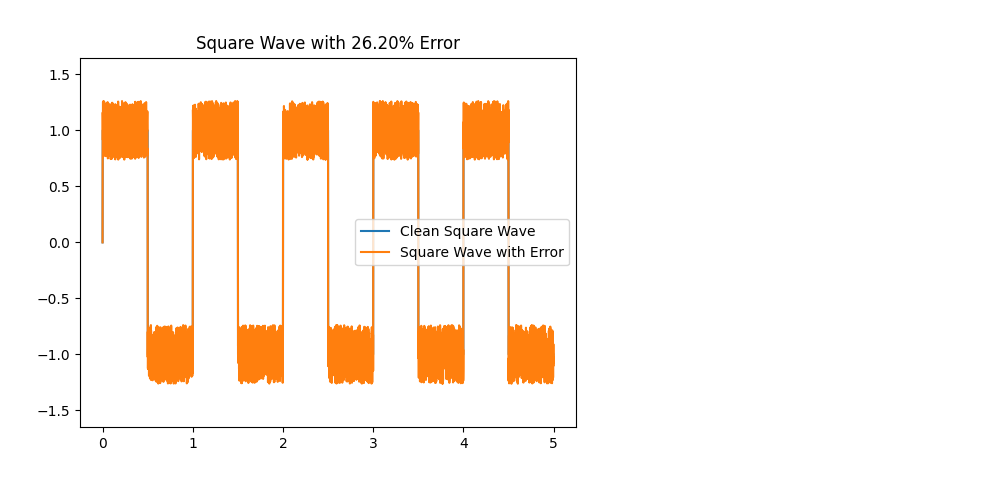
Repository: khulqu15/drone_smc_copppelia
Script's output: python py/realtime.py
These files come from the project's save history. The script's output is drawn as it stood at one moment and after the next save; the edit follows.
Animations are shown at an early frame. Random numbers start from a fixed seed.

Above is the script's output before, as saved 2024-06-24 01:03:09.

After the next save:
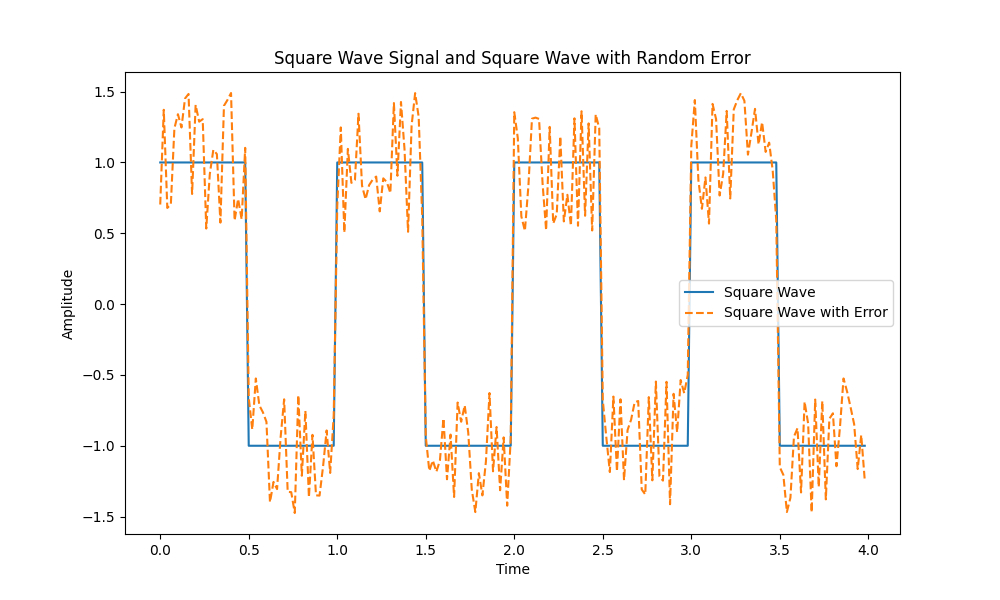
Saved 57 s later.
--- a/py/realtime.py
+++ b/py/realtime.py
@@ -1,40 +1,28 @@
 import numpy as np
 import matplotlib.pyplot as plt
-import matplotlib.animation as animation
+from scipy import signal
 
-# Parameter dasar untuk sinyal square wave
-frekuensi = 1  # Frekuensi sinyal dalam Hz
-amplitudo = 1  # Amplitudo sinyal
-durasi = 5     # Durasi sinyal dalam detik
-sampling_rate = 1000  # Jumlah sampel per detik
+# Parameter
+samp_per_cycle = 50   # Sampel per siklus
+num_cycles = 4        # Jumlah siklus
+error_min = 0.05      # Error minimal (5%)
+error_max = 0.50      # Error maksimal (50%)
 
-# Membuat array waktu berdasarkan durasi dan sampling rate
-t = np.linspace(0, durasi, int(sampling_rate * durasi), endpoint=False)
+# Membuat sinyal square wave dasar
+t = np.linspace(0, num_cycles, num_cycles * samp_per_cycle, endpoint=False)
+square_wave = signal.square(2 * np.pi * t)
 
-# Fungsi untuk mengenerate square wave
-def generate_square_wave(t, frekuensi, amplitudo):
-    return amplitudo * np.sign(np.sin(2 * np.pi * frekuensi * t))
+# Membuat sinyal error
+np.random.seed(0)  # Seed untuk konsistensi
+errors = np.random.uniform(low=error_min, high=error_max, size=square_wave.shape)
+error_signal = square_wave * (1 + errors * np.random.choice([-1, 1], size=square_wave.shape))
 
-# Fungsi untuk mengenerate square wave dengan error
-def generate_square_wave_with_error(t, frekuensi, amplitudo, error):
-    clean_signal = generate_square_wave(t, frekuensi, amplitudo)
-    noise = np.random.uniform(-error, error, size=clean_signal.shape)
-    return clean_signal + noise * clean_signal
-
-# Inisialisasi figure dan axis untuk plotting
-fig, ax = plt.subplots()
-line1, = ax.plot(t, generate_square_wave(t, frekuensi, amplitudo), label='Clean Square Wave')
-line2, = ax.plot(t, generate_square_wave_with_error(t, frekuensi, amplitudo, 0.5), label='Square Wave with Error')
-
-# Fungsi update untuk animation
-def update(frame):
-    error_percentage = np.random.uniform(0.05, 0.5)  # Random error percentage between 5% and 50%
-    line2.set_ydata(generate_square_wave_with_error(t, frekuensi, amplitudo, error_percentage))
-    ax.set_title(f"Square Wave with {error_percentage*100:.2f}% Error")
-    return line2,
-
-# Animasi plot
-ani = animation.FuncAnimation(fig, update, frames=200, interval=50, blit=True)
-
+# Plotting sinyal asli dan sinyal dengan error
+plt.figure(figsize=(10, 6))
+plt.plot(t, square_wave, label='Square Wave')
+plt.plot(t, error_signal, label='Square Wave with Error', linestyle='--')
+plt.title('Square Wave Signal and Square Wave with Random Error')
+plt.xlabel('Time')
+plt.ylabel('Amplitude')
 plt.legend()
 plt.show()
